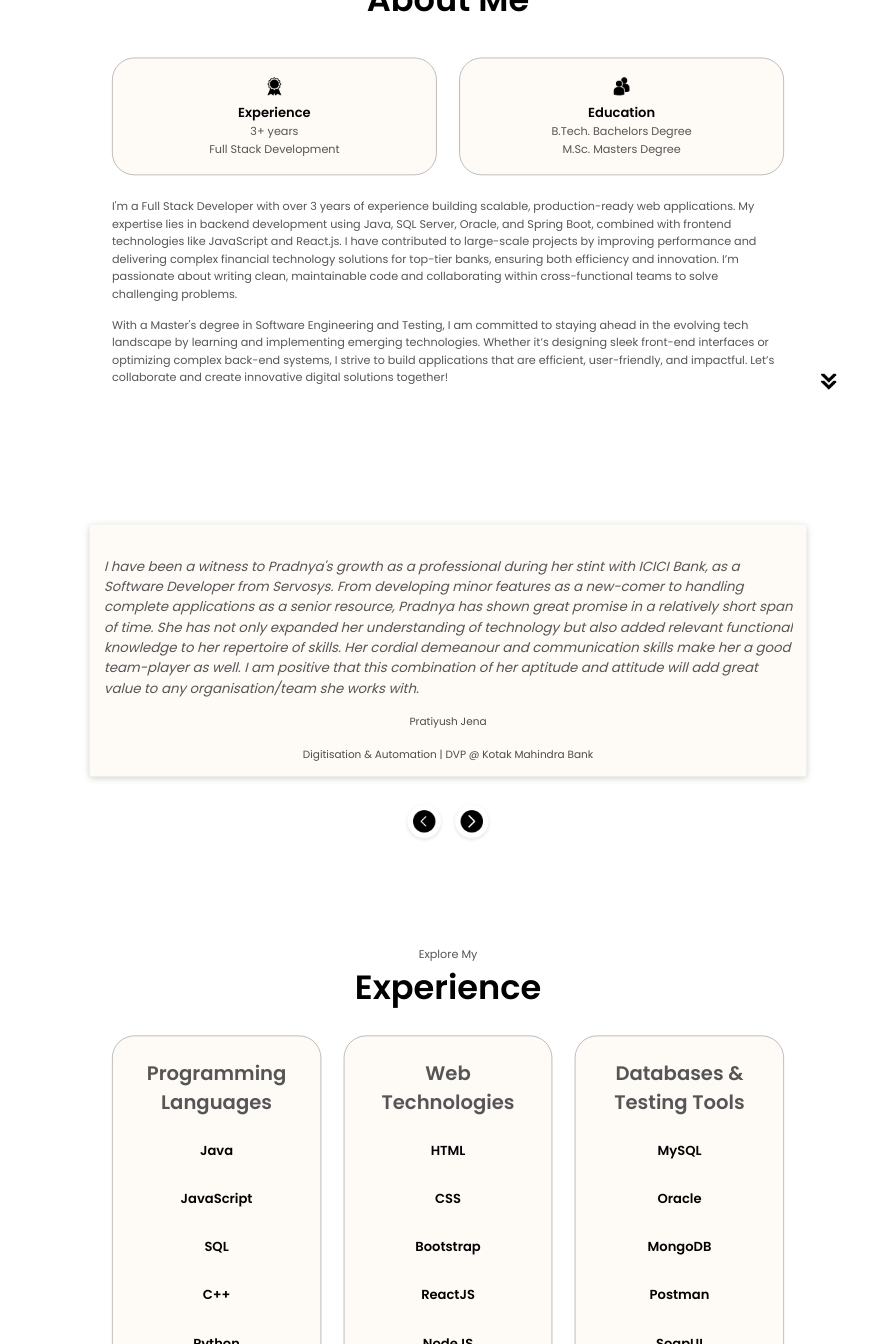
Repository: Pradnya-07/Portfolio-Pradnya
Page: index.html
These files come from the project's save history. The page is drawn as it stood at one moment and after the next save; the edit follows.
The browser window is 1280 px wide. The pictures show the part of the page from y = 906 to 2826 px (the page is 5307 px tall), at 70% of full size.

Above is the page before, as saved 2025-05-02 10:08:16.

After the next save:
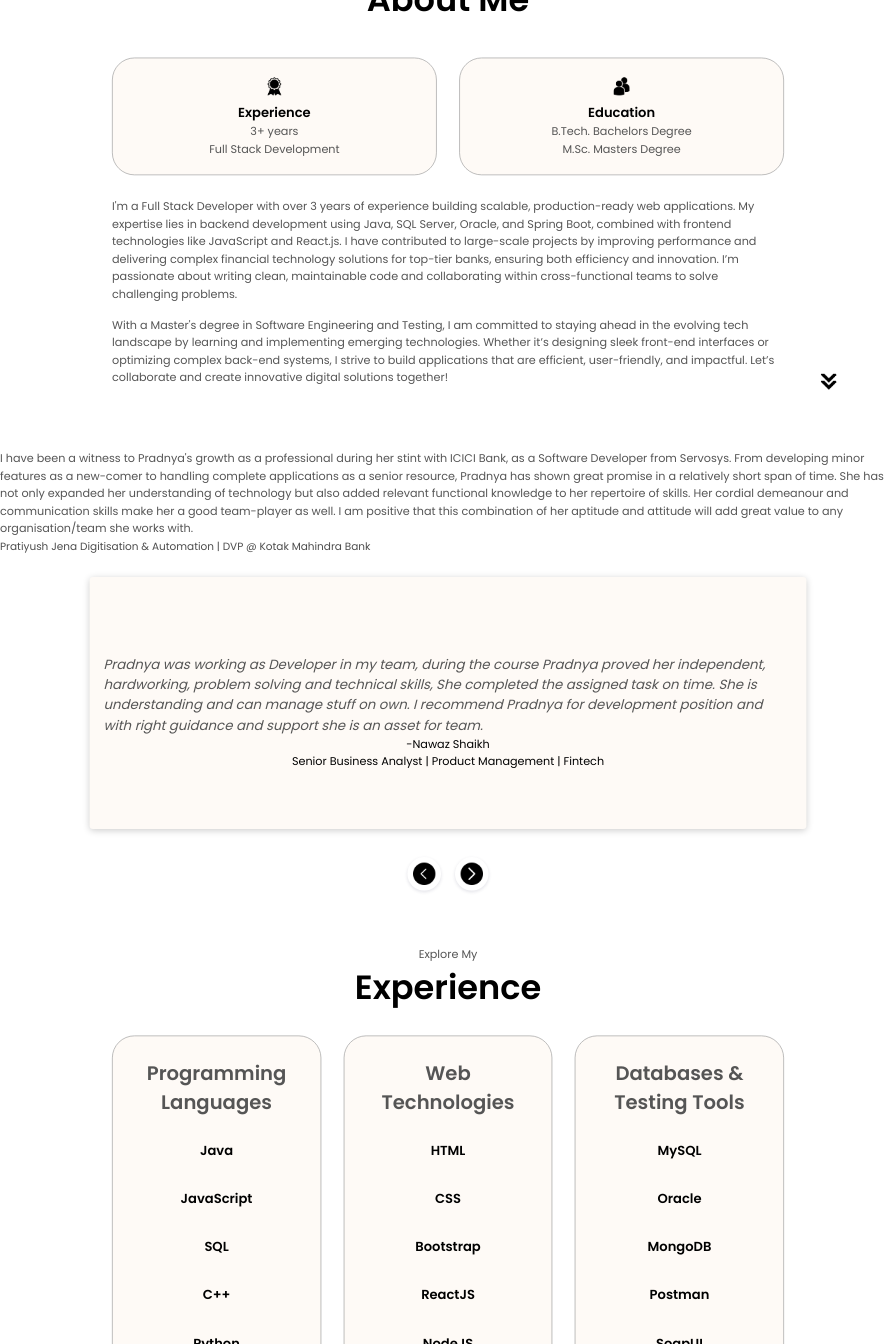
Saved 77 s later.
--- a/index.html
+++ b/index.html
@@ -122,7 +122,7 @@
     </section>
 
  <div class="testimonials-container">
-    <div class="testimonial">
+    <div class="text-container">
       <p>
         I have been a witness to Pradnya's growth as a professional during her stint with ICICI Bank, as a Software Developer from Servosys.
          From developing minor features as a new-comer to handling complete applications as a senior resource, Pradnya has shown great promise in a relatively short span of time.

After the save that followed:
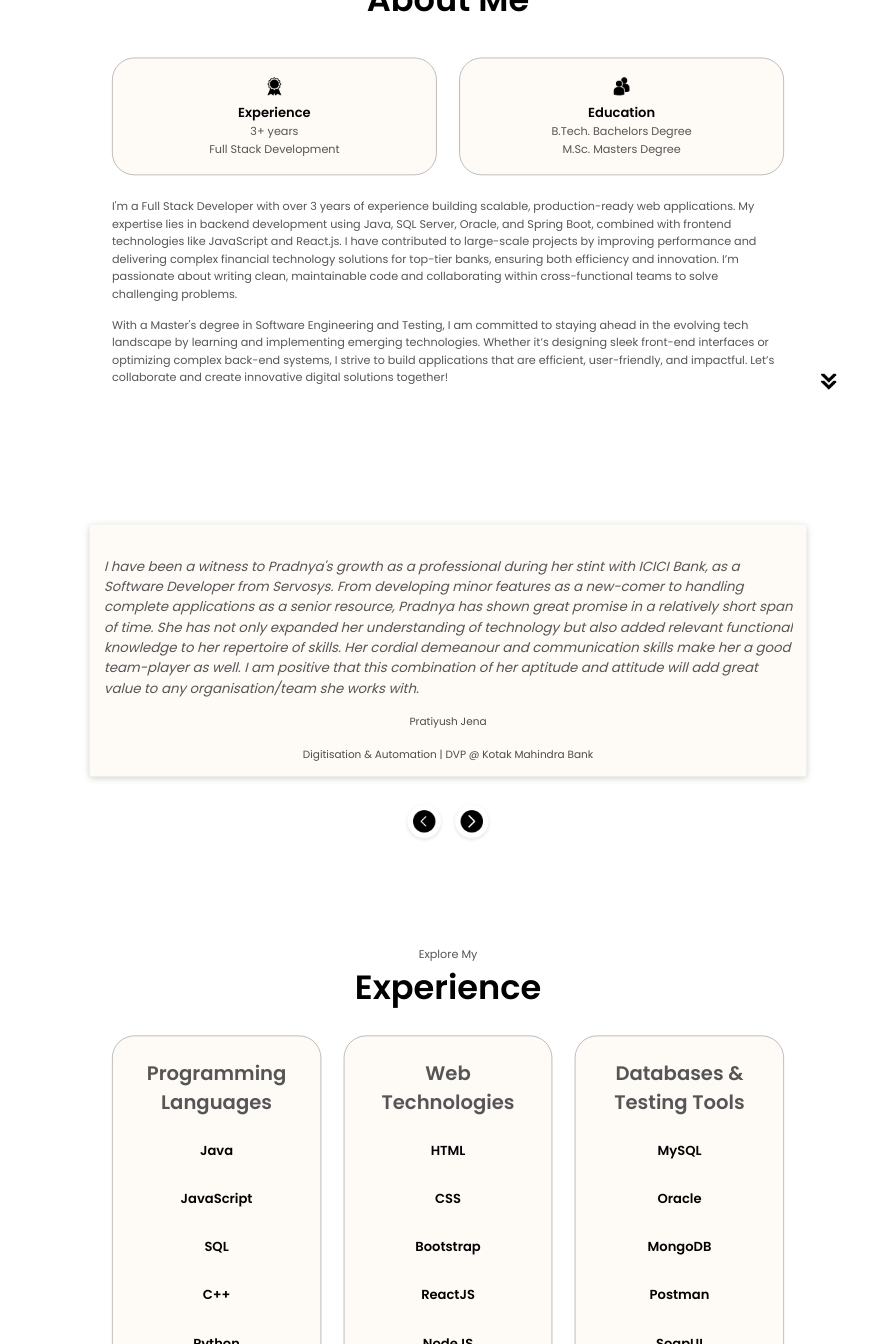
Saved 18 s later.
--- a/index.html
+++ b/index.html
@@ -122,7 +122,7 @@
     </section>
 
  <div class="testimonials-container">
-    <div class="text-container">
+    <div class="testimonial">
       <p>
         I have been a witness to Pradnya's growth as a professional during her stint with ICICI Bank, as a Software Developer from Servosys.
          From developing minor features as a new-comer to handling complete applications as a senior resource, Pradnya has shown great promise in a relatively short span of time.
